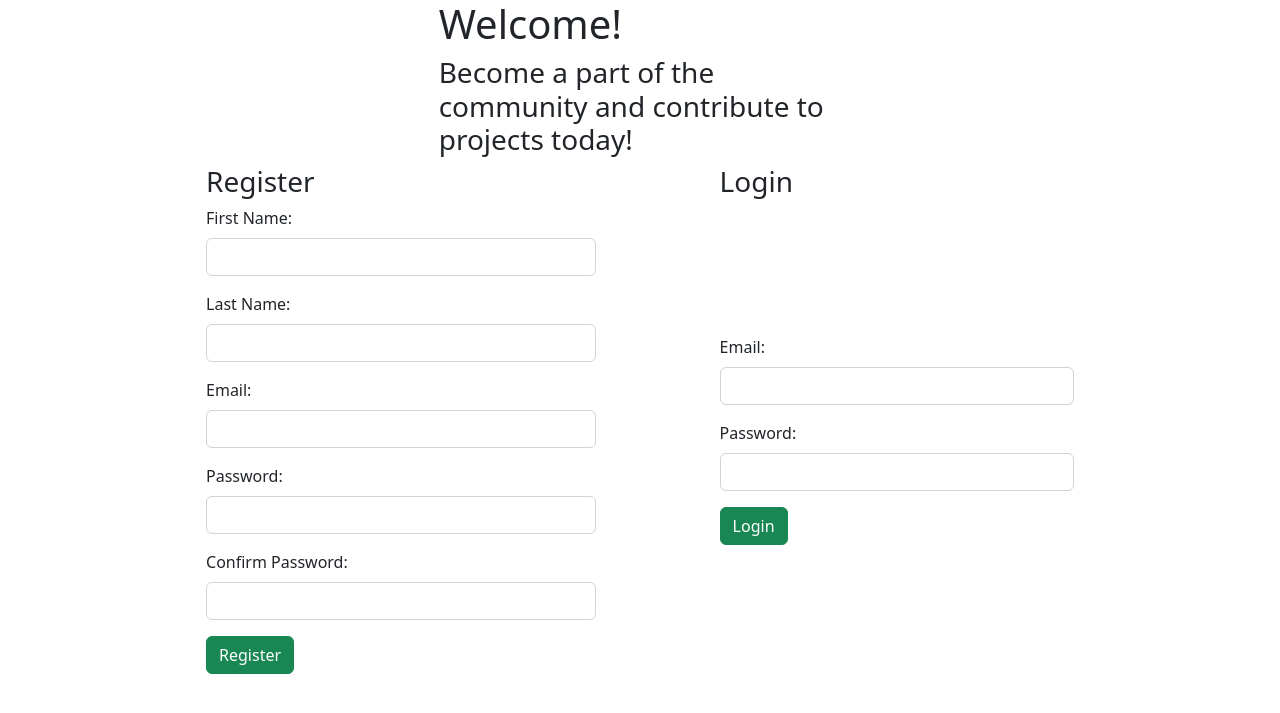
Repository: Watchitgo333/JavaTemplates
Page: http://localhost/ProjectManager/WEB-INF/Index.jsp
An editor plug-in stored every save of this project. The page is shown before and after the next save, followed by the edit.
The browser window is 1280 px wide. The pictures show the whole page.
The page is served by Tomcat 9. Nobody is signed in. Other server files are loaded and not shown. The template is opened directly, without the code that normally fills it, so the values that code supplies are empty.

Above is the page before, as saved 2022-06-19 01:50:07.

### TemplateCode/ProjectManager/ProjectManager/src/main/webapp/WEB-INF/Index.jsp
<%@ page language="java" contentType="text/html; charset=UTF-8" pageEncoding="UTF-8"%>
<%@ taglib prefix="c" uri="http://java.sun.com/jsp/jstl/core"%>
<%@ taglib prefix="form" uri="http://www.springframework.org/tags/form" %>
<%@ page isErrorPage="true"%>
<!-- CSS only -->
<link href="https://cdn.jsdelivr.net/npm/bootstrap@5.2.0-beta1/dist/css/bootstrap.min.css" rel="stylesheet" integrity="sha384-0evHe/X+R7YkIZDRvuzKMRqM+OrBnVFBL6DOitfPri4tjfHxaWutUpFmBp4vmVor" crossorigin="anonymous">
<!DOCTYPE html>
<html>
<head>
<meta charset="UTF-8">
<title>Login & Registration</title>
</head>
<body>
	<div class="mx-auto row col-4">
		<h1>Welcome!</h1>
		<h3>Become a part of the community and contribute to projects today!</h3>
	</div>
	<div class="container d-flex justify-content-evenly">
		<div class="row">
			<h3>Register</h3>
			<form:form action="/register" method="POST" modelAttribute="newUser">
				<div class="mb-3">
					<form:label path="firstName" class="form-label">First Name:</form:label>
					<form:errors path="firstName"/>
					<form:input path="firstName" class="form-control"/>
				</div>
				<div class="mb-3">
					<form:label path="lastName" class="form-label">Last Name:</form:label>
					<form:errors path="lastName"/>
					<form:input path="lastName" class="form-control"/>
				</div>
				<div class="mb-3">
					<form:label path="email" class="form-label">Email:</form:label>
					<form:errors path="email"/>
					<form:input path="email" class="form-control"/>
				</div>
				<div class="mb-3">
					<form:label path="password" class="form-label">Password:</form:label>
					<form:errors path="password"/>
					<form:input path="password" type="password" class="form-control"/>
				</div>
				<div class="mb-3">
					<form:label path="confirm" class="form-label">Confirm Password:</form:label>
					<form:errors path="confirm"/>
					<form:input path="confirm" type="password" class="form-control"/>
				</div>
				<button class="btn btn-success" type="submit">Register</button>
			</form:form>
		</div>
		<div class="row">
			<h3>Login</h3>
			<form:form action="/login" method="POST" modelAttribute="newLogin">
				<div class="mb-3">
					<form:label path="email" class="form-label">Email:</form:label>
					<form:errors path="email"/>
					<form:input path="email" class="form-control"/>
				</div>
				<div class="mb-3">
					<form:label path="password" class="form-label">Password:</form:label>
					<form:errors path="password"/>
					<form:input path="password" type="password" class="form-control"/>
				</div>
				<button class="btn btn-success" type="submit">Login</button>
			</form:form>
		</div>
	</div>
</body>
</html>

After the next save:
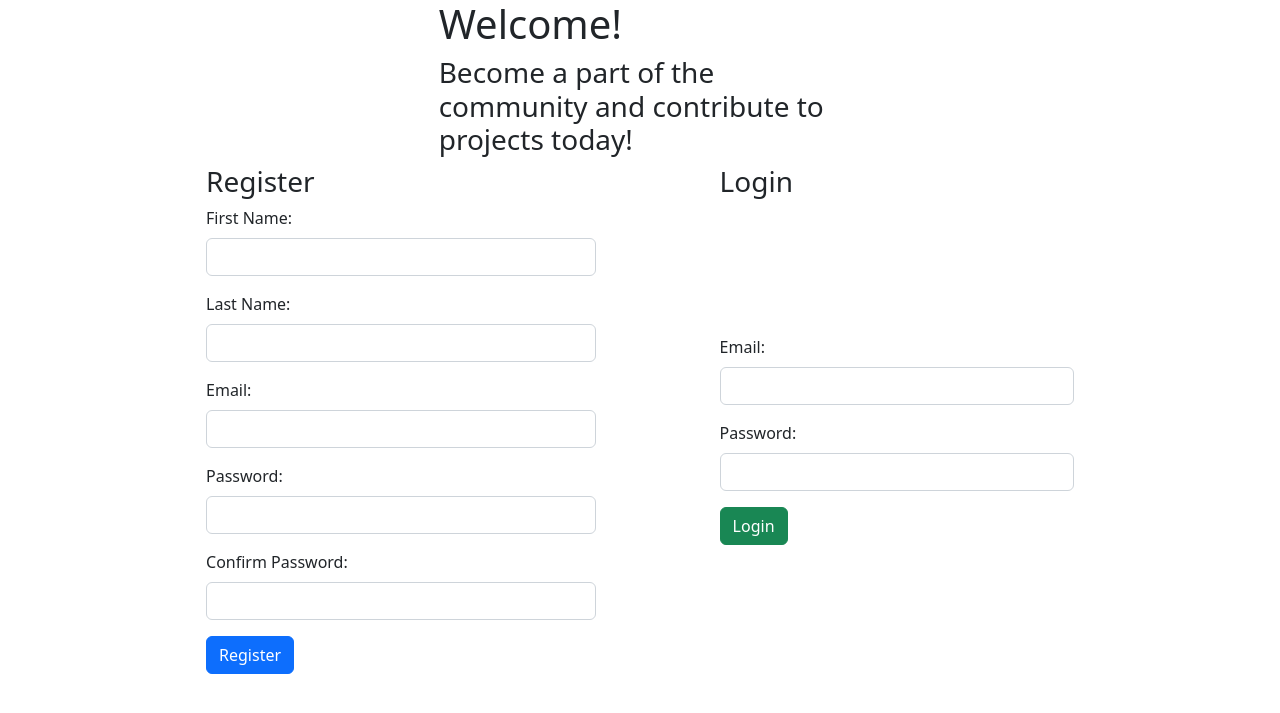
Saved 14 s later.
--- a/TemplateCode/ProjectManager/ProjectManager/src/main/webapp/WEB-INF/Index.jsp
+++ b/TemplateCode/ProjectManager/ProjectManager/src/main/webapp/WEB-INF/Index.jsp
@@ -44,7 +44,7 @@
 					<form:errors path="confirm"/>
 					<form:input path="confirm" type="password" class="form-control"/>
 				</div>
-				<button class="btn btn-success" type="submit">Register</button>
+				<button class="btn btn-primary" type="submit">Register</button>
 			</form:form>
 		</div>
 		<div class="row">
